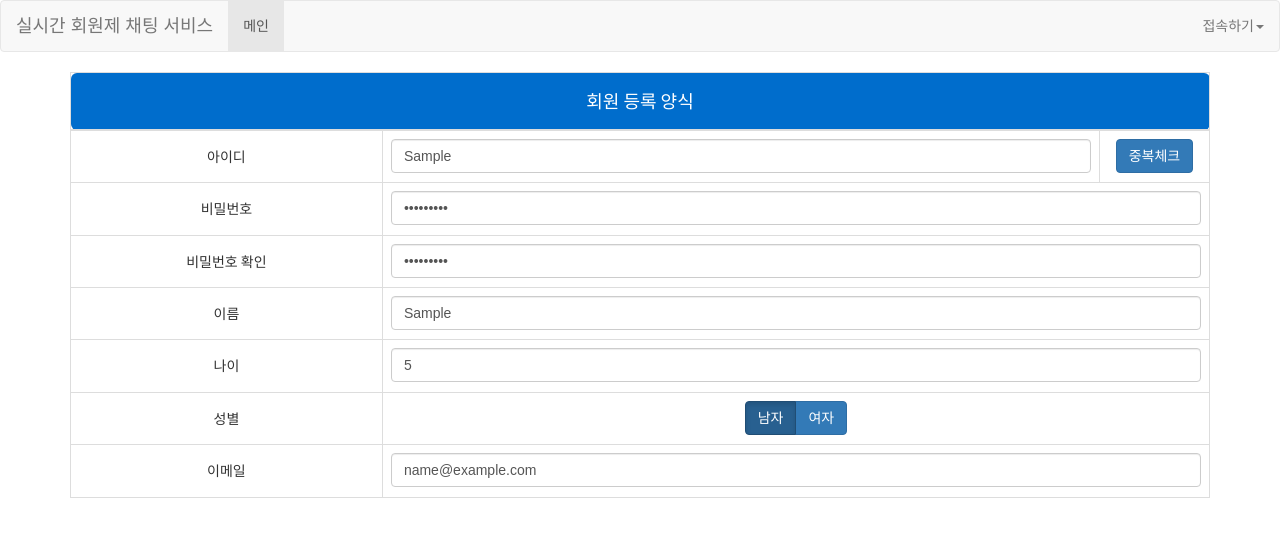
Repository: pojh5090/membership
Page: http://localhost/UserChat/join.jsp
An editor plug-in stored every save of this project. The page is shown before and after the next save, followed by the edit.
The browser window is 1280 px wide. The pictures show the whole page.
Empty fields were first filled with sample values (such as "Sample", 5 or name@example.com).
After loading, the first visible `button.btn` was clicked once.
Some web fonts or font styles are not loaded; a fallback is used. Some web libraries are served in a nearby version. The page is served by Tomcat 9. Queries for data that is not in the repository find no rows.

Above is the page before, as saved 2020-03-26 06:29:28.
Console error: SyntaxError: Unexpected token '{'

After the next save:
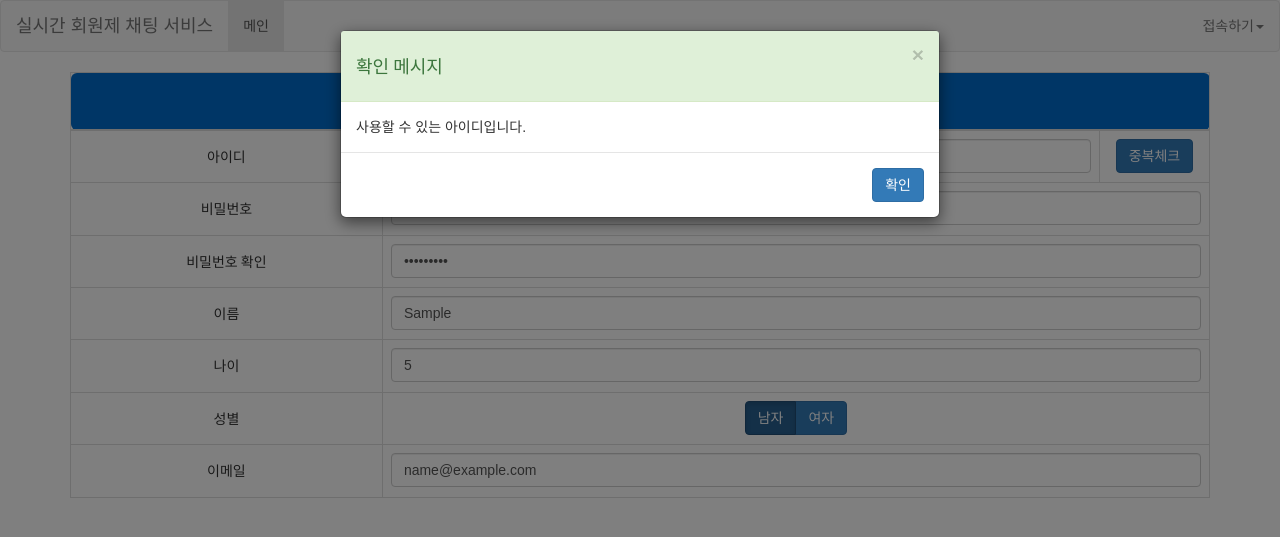
The error is gone.
Saved 2 min 42 s later.
--- a/UserChat/WebContent/join.jsp
+++ b/UserChat/WebContent/join.jsp
@@ -17,7 +17,7 @@
 				type: 'POST',
 				url: './UserRegisterCheckServlet',
 				data: {userID: userID},
-				success: fuction(result) {
+				success: function(result) {
 					if(result == 1) {
 						$('#checkMessage').html('사용할 수 있는 아이디입니다.');
 						$('#checkType').attr('class','modal-content panel-success');
